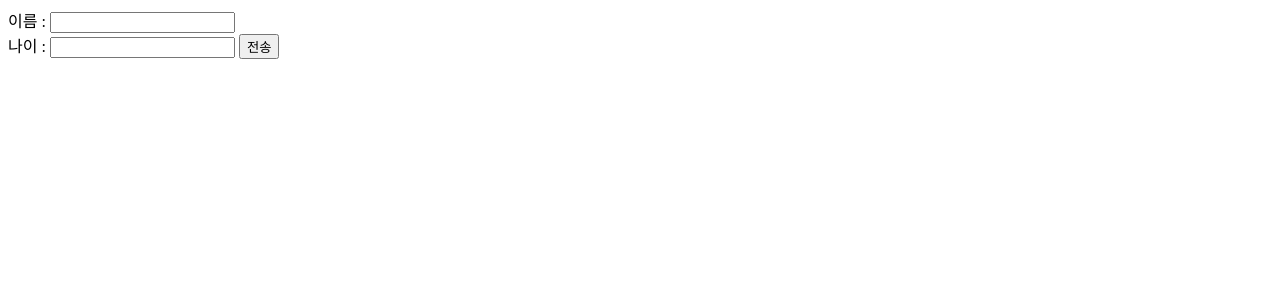
Repository: pyeonm30/PYMjspWorkspace
Page: http://localhost/basicJSP/ex02_form01.jsp
These files come from the project's save history. The page is drawn as it stood at one moment and after the next save; the edit follows.
The browser window is 1280 px wide. The pictures show the whole page.
The page is served by Tomcat 9.

Above is the page before, as saved 2024-01-29 09:03:10.

After the next save:
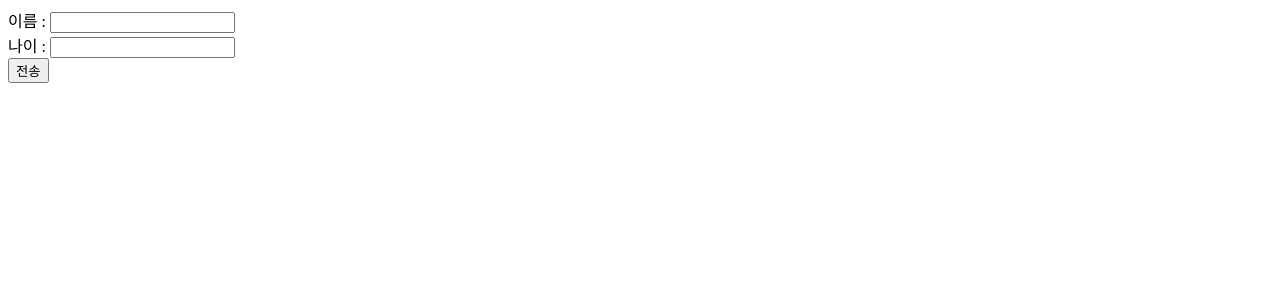
Saved 7 s later.
--- a/basicJSP/src/main/webapp/ex02_form01.jsp
+++ b/basicJSP/src/main/webapp/ex02_form01.jsp
@@ -35,7 +35,7 @@
 
 	 <form action="ex03_form02.jsp" method="get">
 	 이름 : <input type="text" name="name" /> <br>
-	  나이 : <input type="number" name="age" />
+	  나이 : <input type="number" name="age" /> <br>
 	  <button> 전송 </button>
 	 </form>
 
